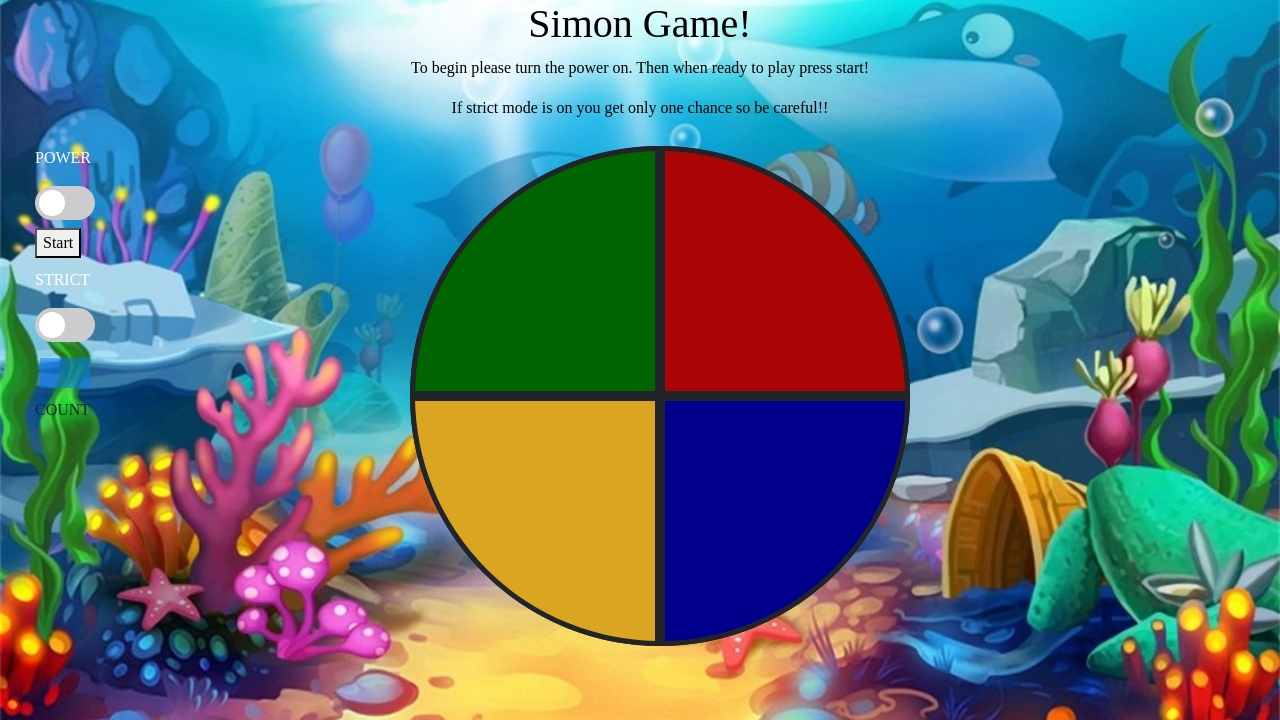
Repository: chrisoc19/SimonSays
Page: index.html
The author's editor kept a record of every edit. The page is drawn from the files as they stood at one moment, then again after the next edit.
The browser window is 1280 px wide. The pictures show the whole page.
Some web fonts or font styles are not loaded; a fallback is used.

Above is the page before.
Console error: ReferenceError: $ is not defined

After the next edit:
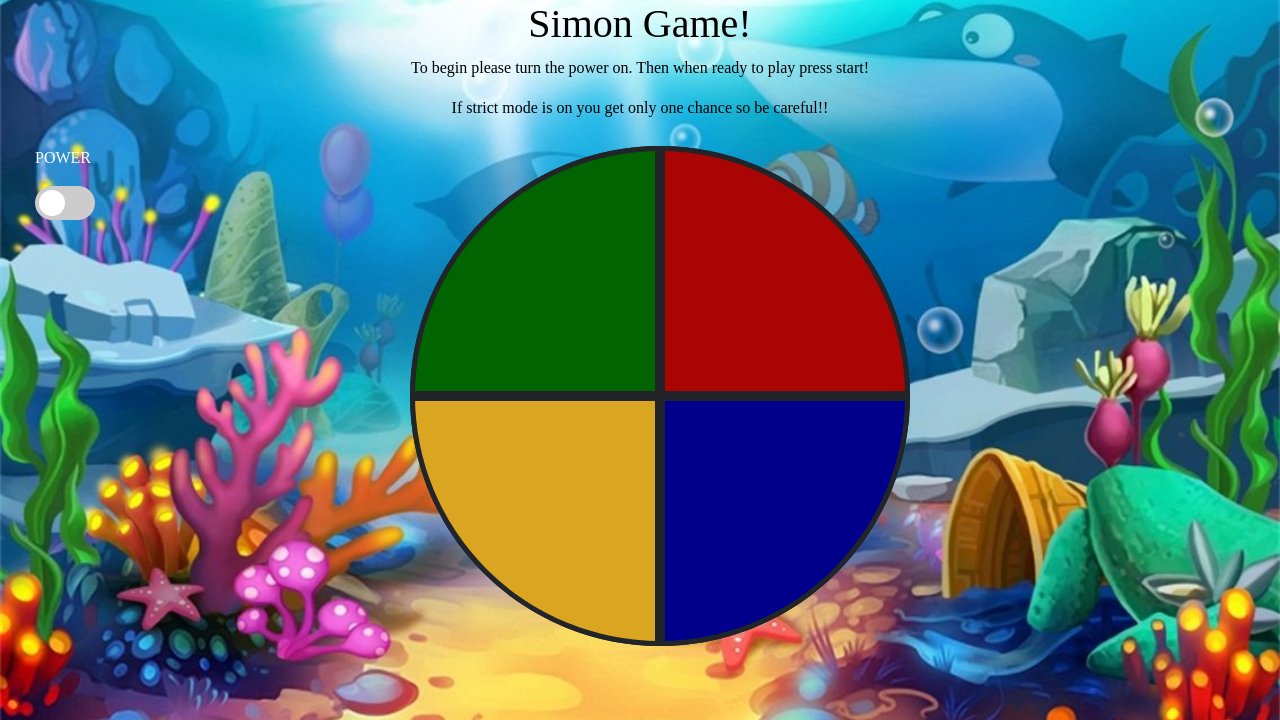
The edit:
--- a/index.html
+++ b/index.html
@@ -1,13 +1,14 @@
 <!DOCTYPE html>
 <html>
 <html lang="en">
+
 <head>
   <meta charset="UTF-8">
   <title>Simon Game</title>
   <meta name="viewport" content="width=device-width, initial-scale=1">
   <link href='https://fonts.googleapis.com/css?family=Original+Surfer&effect=emboss' rel='stylesheet' type='text/css'>
   <link rel="stylesheet" href="css/style.css">
-<link rel="stylesheet" href="https://stackpath.bootstrapcdn.com/bootstrap/4.3.1/css/bootstrap.min.css" integrity="sha384-ggOyR0iXCbMQv3Xipma34MD+dH/1fQ784/j6cY/iJTQUOhcWr7x9JvoRxT2MZw1T" crossorigin="anonymous">
+  <link rel="stylesheet" href="https://stackpath.bootstrapcdn.com/bootstrap/4.3.1/css/bootstrap.min.css" integrity="sha384-ggOyR0iXCbMQv3Xipma34MD+dH/1fQ784/j6cY/iJTQUOhcWr7x9JvoRxT2MZw1T" crossorigin="anonymous">
 
 </head>
 
@@ -18,51 +19,56 @@
     <div class="row">
       <div class="col text text-box">
         <h1>Simon Game!</h1>
-  <p>To begin please turn the power on. Then when ready to play press start!  </p>
-  <p>If strict mode is on you get only one chance so be careful!!</p>
+        <p>To begin please turn the power on. Then when ready to play press start! </p>
+        <p>If strict mode is on you get only one chance so be careful!!</p>
       </div>
 
     </div>
 
 
-  <div class="row">
-    <div class="col-sm-2 switches-wrapper">
-      <div class="switches">
+    <div class="row">
+      <div class="col-sm-2 switches-wrapper">
+        <div class="switches">
 
-   <p class="newButtons">POWER</p>
-  <label class="switch">
+          <p class="newButtons">POWER</p>
+          <label class="switch">
   <input type="checkbox" class="switch" id="on">
   <span class="slider round"></span>
 </label>
 
-  <div id="turn"></div>
-  <div class="text2">
-    COUNT
-  </div>
-  <div class ="button-container">
-    <button class="button" id="start">Start</button>
-    </div>
+          <div class="d-none">
+
+            <div id="turn"></div>
+            <div class="text2">
+              COUNT
+            </div>
+            <div class="button-container">
+              <button class="button" id="start">Start</button>
+            </div>
 
 
-  <p class="newButtons ">STRICT</p>
-  <label class="switch">
+            <p class="newButtons ">STRICT</p>
+            <label class="switch">
   <input type="checkbox" class="switch " id="strict">
   <span class="slider round"></span>
 </label>
 
-</div>
+          </div>
+
+        </div>
+
+      </div>
+      <div class="col-sm-8">
+        <div class="circle">
+          <div id="topleft"></div>
+          <div id="topright"></div>
+          <div id="bottomleft"></div>
+          <div id="bottomright"></div>
+        </div>
+      </div>
+
     </div>
-    <div class="col-sm-8">
-      <div class="circle">
-    <div id="topleft"></div>
-    <div id="topright"></div>
-    <div id="bottomleft"></div>
-    <div id="bottomright"></div>
   </div>
-    </div>
-
-  </div>
-</div>
 
 
 
